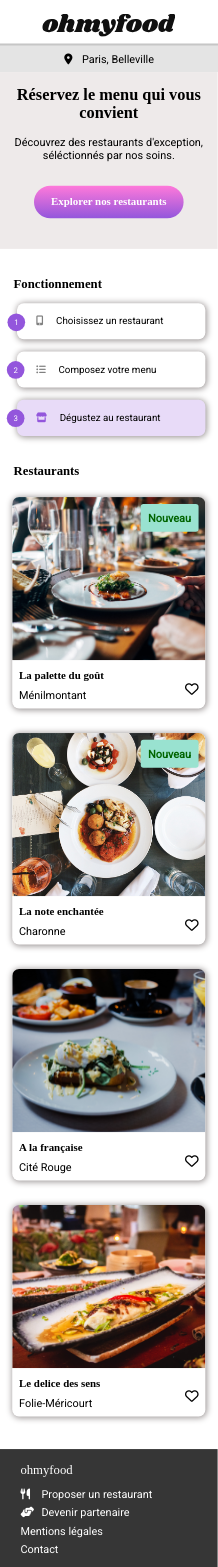
Repository: Micka-17/boimickael_3_16042021
Page: index.html
An editor plug-in stored every save of this project. The page is shown before and after the next save, followed by the edit.
The browser window is 320 px wide. The page is 321 px wide, so the pictures cover 321 px, including what lies to the right of the window. The pictures show the whole page, at 68% of full size.
Some web fonts or font styles are not loaded; a fallback is used. Some web libraries are served in a nearby version. The style sheet was rebuilt from its Sass, Less or Tailwind sources for each picture, by a compiler version that may differ from the author's.

Above is the page before, as saved 2021-05-26 10:09:51.

### index.html
<!DOCTYPE html>
<html lang="en">
  <head>
    <meta charset="UTF-8" />
    <meta http-equiv="X-UA-Compatible" content="IE=edge" />
    <meta name="viewport" content="width=device-width, initial-scale=1.0" />
    <link rel="stylesheet" href="css/style.css" />
    <script
      src="https://kit.fontawesome.com/7f2b024bdc.js"
      crossorigin="anonymous"
    ></script>
    <title>OhMyFood</title>
  </head>
  <body>
    <div id="backgroundloader">
      <div id="loader"></div>
    </div>
    <header>
      <div id="logo">
        <img src="images/logo/ohmyfood@2x.svg" alt="OhMyFood" />
      </div>
    </header>
    <section id="sec-1">
      <div id="top">
        <div id="paris">
          <p><i class="fas fa-map-marker-alt icon"></i> Paris, Belleville</p>
        </div>
        <div id="reservation">
          <h2 id="center-top1">Réservez le menu qui vous convient</h2>
          <p id="center-top2">
            Découvrez des restaurants d'exception, séléctionnés par nos soins.
          </p>
          <a id="btn" href="#sec-3">Explorer nos restaurants</a>
        </div>
      </div>
    </section>
    <section id="sec-2">
      <div class="fonctionnement">
        <h3 class="h3s">Fonctionnement</h3>
        <ul class="bolder">
          <li>
            <i class="fas fa-mobile-alt icon-top"></i> Choisissez un restaurant
            <p id="number1">1</p>
          </li>
          <li>
            <i class="fas fa-list-ul icon-top"></i> Composez votre menu
            <p id="number2">2</p>
          </li>
          <li id="li-3">
            <i class="fas fa-store icon-top-purple"></i> Dégustez au restaurant
            <p id="number3">3</p>
          </li>
        </ul>
      </div>
    </section>
    <section id="sec-3">
      <h3 class="h3s">Restaurants</h3>
      <div class="choice">
        <a href="pages/la_palette_du_gout.html">
          <div class="card">
            <p class="nouveau">Nouveau</p>
            <img
              id="new"
              class="imga"
              src="images/restaurants/la_palette_du_gout.jpg"
              alt="la_palette_du_gout"
            />
            <div class="resto">
              <div>
                <h4>La palette du goût</h4>
                <p class="space">Ménilmontant</p>
              </div>
              <div class="loveclcik">
                <i class="far fa-heart love fa-lg"></i>
                <i class="fas fa-heart loves3"></i>
              </div>
            </div>
          </div>
        </a>
        <a href="pages/la_note_enchantee.html">
          <div class="card">
            <p class="nouveau">Nouveau</p>
            <img
              class="imga"
              src="images/restaurants/la_note_enchantee.jpg"
              alt="la_note_enchantee"
            />
            <div class="resto">
              <div>
                <h4>La note enchantée</h4>
                <p class="space">Charonne</p>
              </div>
              <div class="loveclcik">
                <i class="far fa-heart love fa-lg"></i>
                <i class="fas fa-heart loves3"></i>
              </div>
            </div>
          </div>
        </a>
        <a href="pages/a_la_francaise.html">
          <div class="card">
            <img
              class="imga"
              src="images/restaurants/a_la_française.jpg"
              alt="a_la_française"
            />
            <div class="resto">
              <div>
                <h4>A la française</h4>
                <p class="space">Cité Rouge</p>
              </div>
              <div class="loveclcik">
                <i class="far fa-heart love fa-lg"></i>
                <i class="fas fa-heart loves3"></i>
              </div>
            </div>
          </div>
        </a>
        <a href="pages/le_delice_des_sens.html">
          <div class="card">
            <img
              class="imga"
              src="images/restaurants/le_delice_des_sens.jpg"
              alt="le_delice_des_sens"
            />
            <div class="resto">
              <div>
                <h4>Le delice des sens</h4>
                <p class="space">Folie-Méricourt</p>
              </div>
              <div class="loveclcik">
                <i class="far fa-heart love fa-lg"></i>
                <i class="fas fa-heart loves3"></i>
              </div>
            </div>
          </div>
        </a>
      </div>
    </section>
    <section class="end">
      <footer>
        <div>
          <h3 id="logo-white">ohmyfood</h3>
          <div class="end-ul">
            <p>
              <i class="fas fa-utensils icon-footer"></i> Proposer un restaurant
            </p>
            <p>
              <i class="fas fa-hands-helping icon-footer"></i> Devenir
              partenaire
            </p>
            <p>Mentions légales</p>
            <a id="contact" href="mailto:contact@ohmyfood.com"
              ><p>Contact</p></a
            >
          </div>
        </div>
      </footer>
    </section>
  </body>
</html>

### sass/style.scss
@import "./directories/Utils/variables-mixin";
@import "./directories/Base/main.scss";



ul {
    font-family: 'Roboto', sans-serif;
    font-size: 0.9em;
    @media (min-width: 430px) {
        max-width: 450px;
    }
        @media (min-width: 1000px) {
            display: flex;
            min-width: 100%;
            justify-content: space-evenly;
        }
}

/*#backgroundloader {
    position: absolute;
    top: 0;
    left: 0;
    background-color: $color3;
    min-width: 100%;
    height: 100vh;
    animation: loader2 3s;
    animation-fill-mode: both;
    animation-timing-function: step-end;
  }
#loader {
    position: absolute;
    height: 70px;
    top: 50%;
    right: 50%;
    bottom: 50%;
    left: 50%;
    width: 64px;
    height: 64px;
    border-radius: 50%;
    border: 6px solid rgb(255, 255, 255);
    border-color: $color1 transparent $color2 transparent;
    animation: dual-ring 0.8s infinite, loader 3s;
    animation-delay: 0.2s;
    animation-fill-mode: both;
  }
*/
#contact {
    color: white;
}

.spacediv p {
    font-family: 'Roboto', sans-serif;
    text-overflow: ellipsis;
    overflow: hidden;
    white-space: nowrap;
}

#logo {
    display: flex;
    justify-content: center;
    margin-top: 20px;
    margin-bottom: 10px;
}

#paris {
    display: flex;
    justify-content: center;
    border-top: solid 3px rgba(128, 128, 128, 0.301);
    min-width: 321px;
    padding-top: 10px;
    padding-bottom: 10px;
    background-color: rgba(128, 128, 128, 0.212);
        .icon {
            margin-right: 10px;
        }
}

#reservation {
    display: flex;
    justify-content: center;
    flex-direction: column;
    place-items: center;
    background-color: rgb(238, 234, 234);
    padding-bottom: 45px;
        #btn {
            @include btn();
                &:hover {
                    filter: brightness(1.10);
                    box-shadow: 0px 0px 10px 5px gray;
                }
        }
}

#center-top1 {
    text-align: center;
    margin-top: 20px;
    max-width: 350px;
}

#center-top2 {
    margin-top: 20px;
    margin-bottom: 20px;
    text-align: center;
    max-width: 350px;
}


.icon-top {
    color: gray;
    margin-right: 15px;
    margin-left: 10px;
}

.icon-top-purple {
    color: $color1;
    margin-right: 15px;
    margin-left: 10px;
}

#li-3 {
    background-color: #9256dc36;
}

li { position: relative;
    background-color: #ffffff;
    border-radius: 10px;
    padding: 18px;
    margin: 18px;
    margin-left: 25px;
    box-shadow: 1px 1px 10px 1px rgb(151, 145, 145);
    min-width: 20%;
        #number1 {
            position: absolute;
            top: 15px;
            left: -14px;
            background-color: $color1;
            border-radius: 50px;
            padding: 6px 10px;
            font-size: 0.8em;
            color: white;
        }
            #number2 {
                position: absolute;
                top: 14px;
                left: -15px;
                background-color: $color1;
                border-radius: 50px;
                padding: 6px 10px;
                font-size: 0.8em;
                color: white;
            }
                #number3 {
                    position: absolute;
                    top: 14px;
                    left: -15px;
                    background-color: $color1;
                    border-radius: 50px;
                    padding: 6px 10px;
                    font-size: 0.8em;
                    color: white;
                }
}
.space {
    margin-top: 10px;
    margin-bottom: 10px;
}
.card {
    background-color: #ffffff;
    border-radius: 10px;
    padding: 0px;
    margin: 18px;
    box-shadow: 1px 1px 10px 1px rgb(151, 145, 145);
    max-width: 100%;
}
.imga {
    object-fit: cover;
    border-radius: 10px 10px 0px 0px;
    width: 650px;
    height: 350px;
        @media (max-width:900px) {
            max-width: 100%;
        }
            @media (max-width:500px) {
                max-width: 100%;

            }
                @media (max-width:320px) {
                    max-height: 240px;

                }
}
.card {
    position: relative;
}
.nouveau {
    position: absolute;
    padding: 0.7rem;
    border-radius: 0.25rem;
    color: darkgreen;
    font-weight: bold;
    right: 10px;
    top: 10px;
    background-color: #99e2d0;
}

.h3s {
    margin: 40px 0px 10px 20px;

}

.choice {
    display: flex;
    flex-direction: column;
    place-items: center;
    flex-wrap: wrap;
        .resto {
            display: flex;
            justify-content: space-between;
            align-items: center;
            margin: 10px;
        }
            @media (min-width: 630px) {
                flex-wrap: wrap;
                flex-direction: row;
                justify-content: center;
            }
                @media (min-width: 1350px) {
                    display: grid;
                    grid-template-rows: 50% 50%;
                    grid-template-columns: 50% 50%;
                }
}


footer {
    margin-top: 30px;
    padding: 10px;
    background-color: rgb(54, 54, 54);
    color: white;
        #logo-white {
            font-family: 'Shrikhand', cursive;
            font-weight: 300;
            margin-bottom: 15px;
            margin-left: 20px;
            margin-top: 10px;
        }
            li {
                background-color: transparent;
                border-radius: 0;
                padding: 5px;
                margin-left: 20px;
                box-shadow: none;
                display: flex;
                margin-top: 5px;
                margin-bottom: 5px;
            }
                .icon-footer {
                    max-width: 2px;
                    max-height: 2px;
                    margin-right: 25px;
                }
                    @media (min-width:1000px) {
                        padding: 40px;
                    }
}


//pages 2

.img-top {
    min-width: 100%;
    max-height: 510px;
}

.arrow {
    position: absolute;
    left: 20px;
    top: 30px;
    color: rgba(0, 0, 0, 0.801);
}
#margtitle {
    margin-left: 15px;
    max-width: 220px;
}
img {
    object-fit: cover;
}
.titlemargall {
    margin-top: 30px;
    margin-left: 15px;
    border-bottom: solid rgba(55, 224, 55, 0.541);
    max-width: 30px;
}
#middle {
    position: absolute;
    top: 240px;
    min-width: 100%;
    min-height: 980px;
    background-color: rgb(231, 229, 229);
    border-radius: 20px 20px 0px 0;
    padding-top: 30px;
     .entrees {
        @include centre();
        @include capsule();
     }
        .bold {
            font-weight: bold;
            font-size: 1em;
        }
        .bolder {
            font-weight: bold;
            font-size: 0.6m;
                @media (min-width: 1000px) {
                    margin: 15px;
                }
        }
            p {
                font-size: 0.7em;
            }
                .loves1 {
                    position: absolute;
                    right: 15px;
                    color: gray
                }
}

.loves2 {
    display: none;
    opacity: 0;
    background: linear-gradient(0deg,#9356dc,#ff79da);
    background-clip: text;
    -webkit-background-clip: text;
    -moz-background-clip: text;
    -webkit-text-fill-color: transparent;
    position: absolute;
    right: 15px;
}
#margtitle:hover .loves2 {
    animation: fadeout;
    opacity: 1;
    animation-duration: .5s;
    display: inline-block;
    justify-content: center;
}

.loves3 {
    display: none;
    opacity: 0;
    background: linear-gradient(0deg,#9356dc,#ff79da);
    background-clip: text;
    -webkit-background-clip: text;
    -moz-background-clip: text;
    -webkit-text-fill-color: transparent;
    position: absolute;
    right: 9px;
    bottom: 18px;
}
.loveclcik:hover .loves3 {
    animation: fadeout2;
    opacity: 1;
    animation-duration: .5s;
    display: inline-block;
    justify-content: center;
    font-size: 1.5em;
}

#entrees {
    animation: slideup 1s;
    animation-duration: 1s;
}
#plats {
    animation: slideup 1s;
    animation-duration: 5s;
}
#desserts {
    animation: slideup 1s;
    animation-duration: 8s;
}


.entrees, .plats, .desserts {
    cursor: pointer;
        @media (max-width:321px) {
            width: 300px;
        }
        @media (max-width:378px) {
            max-width: 100%;
        }
        @media (max-width:414px) {
            max-width: 100%;
        }
        @media (min-width: 1000px) {
            min-width: 30%;
            min-height: 90px;
            width: 100%;
        }
}

.spacediv {
    width: 100%;
    overflow: hidden;
    @include spacediv();
        @media (min-width: 1000px) {
            justify-content: space-evenly;
        }
}
.plats {
    @include capsule();
    @include centre();
}
.desserts {
    @include capsule();
    @include centre();
}

.responsive {
    @media (min-width: 1000px) {
        display: flex;
        justify-content: center;
    }
}

.responsive-entrees {
    @media (min-width: 1000px) {
        display: flex;
        justify-content: center;
        flex-wrap: wrap;
    }
}

#btnp2 {
    @include btn();
    margin-top: 40px;
        &:hover {
            filter: brightness(1.10);
            box-shadow: 0px 0px 10px 5px gray;
        }
         @media (min-width: 1000px) {
            margin-top: 150px;
         }
}

#placement-btn {
    display: flex;
    justify-content: center;
    place-items: center;
}

.end1 {
    position: absolute;
    top: 1151px;
    min-width: 100%;
}

.end {
    position: absolute;
    min-width: 100%;
}

.end-ul {
        @media (min-width: 430px) {
        max-width: 450px;
    }
        @media (min-width: 1000px) {
            display: flex;
            min-width: 100%;
            flex-direction: row;
            justify-content: space-evenly;
        }
}

.end-ul p {
    margin: 8px;
    margin-left: 20px;
}

//page la note enchantee

 .align-price{
    display: flex;
    align-items: flex-end;
    margin-bottom: 8px;
    margin-right: 8px;
}

.check {
    width: 0px;
    transition-duration: 1s;
    font-size: 1.5em;
     & i {
        display: none;
        place-items: center;
        color: white;
     }
}

.entrees:hover .check {
    width: 90px;
    height: 51px;
    background-color: $color3;
    display: flex;
    justify-content: center;
    border-radius: 0 20% 20% 0;
        @media (max-width: 1000px) {
            width: 65px;
        }
            & .rotation {
                display: flex;
                place-items: center;
            }
                & .rond {
                    display: flex;
                    place-items: center;
                    transform-origin: center;
                    animation: spin;
                    animation-duration: 1s;
                }
                    @media (min-width: 1000px) {
                        height: 90px;
                        border-radius: 0 10% 10% 0;
                    }
}


.plats:hover .check {
    width: 90px;
    height: 51px;
    background-color: $color3;
    display: flex;
    justify-content: center;
    border-radius: 0 20% 20% 0;
        @media (max-width: 1000px) {
            width: 65px;
        }
            & .rotation {
                display: flex;
                place-items: center;
            }
                & .rond {
                    display: flex;
                    place-items: center;
                    transform-origin: center;
                    animation: spin;
                    animation-duration: 1s;
                }
                    @media (min-width: 1000px) {
                        height: 90px;
                        border-radius: 0 10% 10% 0;
                    }
}

.desserts:hover .check {
    width: 90px;
    height: 51px;
    background-color: $color3;
    display: flex;
    justify-content: center;
    border-radius: 0 20% 20% 0;
        @media (max-width: 1000px) {
            width: 65px;
        }
            & .rotation {
                display: flex;
                place-items: center;
            }
                & .rond {
                    display: flex;
                    place-items: center;
                    transform-origin: center;
                    animation: spin;
                    animation-duration: 1s;
                }
                    @media (min-width: 1000px) {
                        height: 90px;
                        border-radius: 0 10% 10% 0;
                    }
}

### sass/directories/Utils/_variables-mixin.scss
$color1: #9356DC;
$color2: #FF79DA;
$color3: #99E2D0;

@mixin centre {
    display: flex;
    justify-content: space-between;
}

@mixin capsule {
    background-color: whitesmoke;
    border-radius: 10px;
    box-shadow: 1px 1px 10px 1px rgb(226, 226, 226);
    margin: 10px;
    overflow: hidden;
}
 @mixin spacediv {
    min-height: 35px;
    display: flex;
    flex-direction: column;
    justify-content: space-between;
    padding: 8px;
 }
@mixin btn {
    background: linear-gradient($color2, $color1);
    border-radius: 50px;
    border: none;
    box-shadow: gray;
    color: white;
    font-weight: bold;
    max-width: 200px;
    min-width: 200px;
    margin-top: 15px;
    padding: 15px 10px;
    text-align: center;
    text-decoration: none
}

@keyframes fadein {
    from {
        transform: scaleX(0);
    }

    to {
        transform: scaleX(1);
    }
}

@keyframes fadeout {
    from {
        transform: scaleY(0);
    }

    to {
        transform: scaleY(1);
    }
}
@keyframes fadeout2 {
    from {
        transform: scale(0);
    }

    to {
        transform: scale(1.5);
    }
}

@keyframes spin {
    from {
        transform: rotate(0deg);
    } to {
        transform: rotate(360deg);
    }
}

@keyframes slideup {
    from {
        transform: translateY(50px);
        opacity: 0;
    }
    to {
        transform: translateY(0px);
        opacity: 1;
    }
}


 @keyframes dual-ring {
    0% {
      transform: rotate(0deg);
      opacity: 100%;
    }
    50% {
        transform: rotate(180deg);
        opacity: 10%;
      }
    100% {
      transform: rotate(360deg);
      opacity: 100%;
    }
  }

@keyframes loader {
    0% {
    opacity: 100%;
    }
    99% {
        opacity: 100%;
    }
    100% {
        opacity: 100%;
    }
}

@keyframes loader2 {
    0% {
    opacity: 100%;
    z-index: 9999;
    }
    99% {
        opacity: 0;
        z-index: -1000;
    }
    100% {
        opacity: 0;
        z-index: -1000;
    }
}

### sass/directories/Base/main.scss
@import url('https://fonts.googleapis.com/css2?family=Roboto&family=Shrikhand&display=swap');

* {
    margin: 0;
    padding: 0;
    text-decoration: none;
    list-style-type: none;
}
#margtitle {
    font-family: Shrikhand;
    font-weight: 100;
    font-size: 1.2em;
}
p {
    font-family: 'Roboto', sans-serif;
}
a {
    text-decoration: none;
    list-style: none;
    color: rgb(0, 0, 0);
}

After the next save:
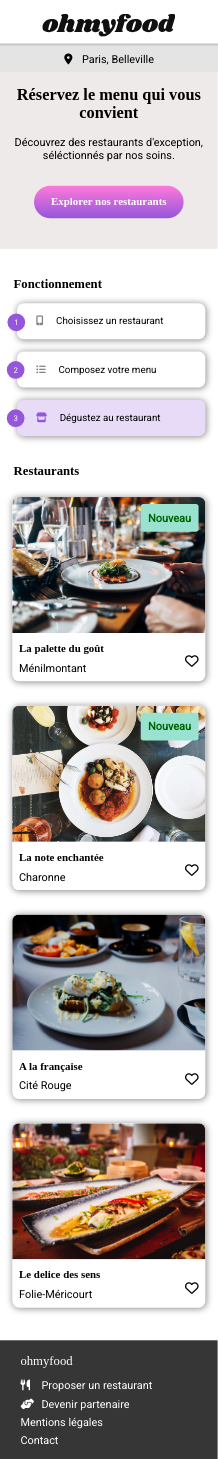
Saved 7 s later.
--- a/sass/style.scss
+++ b/sass/style.scss
@@ -185,7 +185,7 @@ li { position: relative;
 
             }
                 @media (max-width:320px) {
-                    max-height: 240px;
+                    max-height: 200px;
 
                 }
 }
